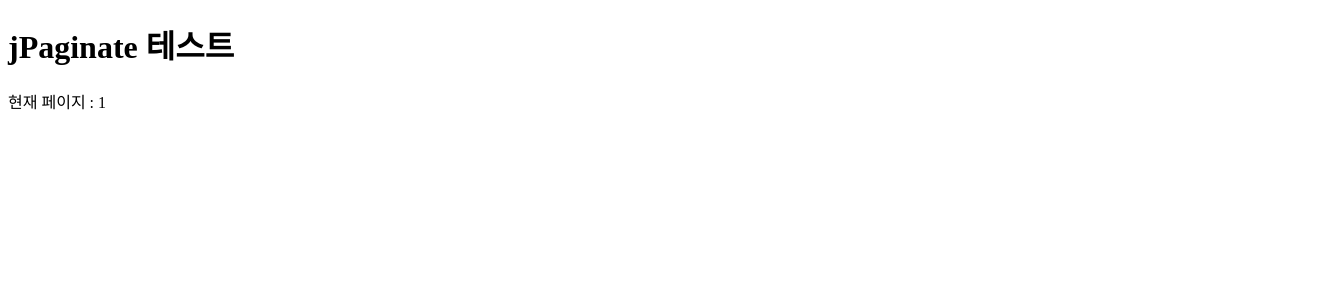
Repository: adminhelper/Ajax
Page: Contact05_ajax/WebContent/_23_jpaginate.html
An editor plug-in stored every save of this project. The page is shown before and after the next save, followed by the edit.
The browser window is 1280 px wide. The page is 1280 px wide, then 1334 px, so the pictures cover 1334 px, including what lies to the right of the window. The pictures show the whole page.
Some web libraries are served in a nearby version.

Above is the page before, as saved 2020-05-18 02:51:21.

After the next save:
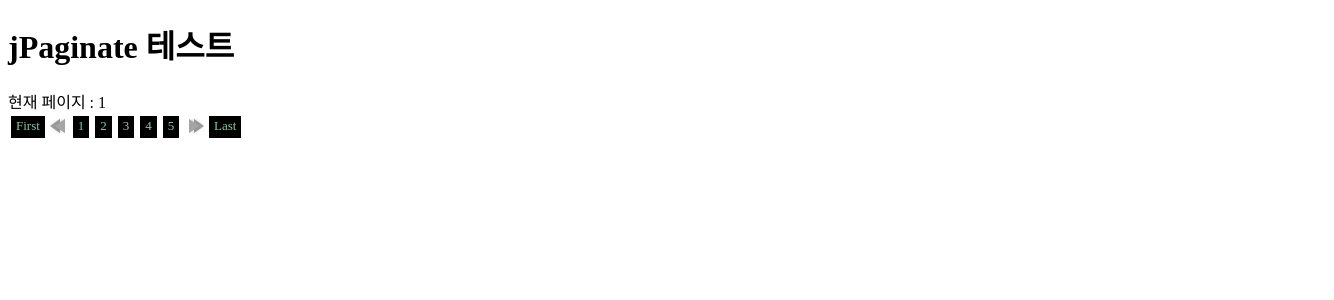
Console error: TypeError: Cannot read properties of null (reading 'offsetLeft')
Saved 88 s later.
--- a/Contact05_ajax/WebContent/_23_jpaginate.html
+++ b/Contact05_ajax/WebContent/_23_jpaginate.html
@@ -7,6 +7,13 @@
 	  href="jpaginate/style.css"/>
 <script src="http://code.jquery.com/jquery-3.1.0.js"></script>
 <script src="jpaginate/jQuery.paginate.js"></script>
+<script>
+	$(document).ready(function(){
+		$("#paging").paginate({
+
+		});
+	});
+</script>
 </head>
 <body>
 	<div id="container">

After the save that followed:
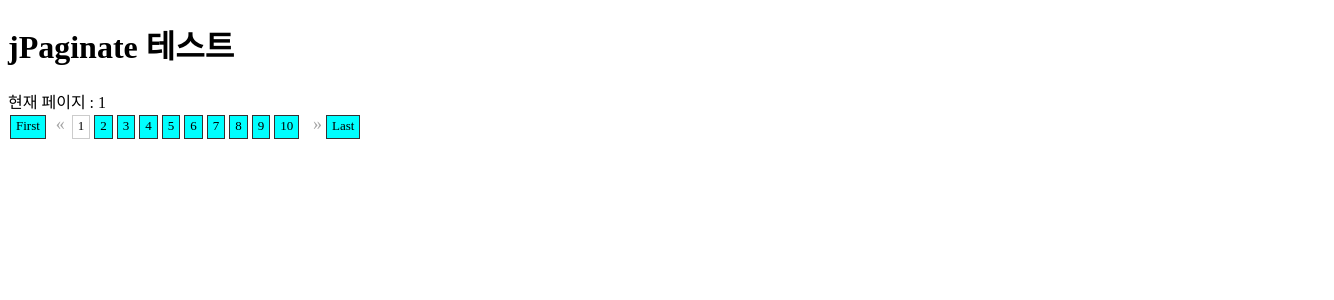
The error is gone.
Saved 81 s later.
--- a/Contact05_ajax/WebContent/_23_jpaginate.html
+++ b/Contact05_ajax/WebContent/_23_jpaginate.html
@@ -10,7 +10,21 @@
 <script>
 	$(document).ready(function(){
 		$("#paging").paginate({
-
+			count : 100,
+			start : 1,
+			display : 10,
+			border : true,
+			border_color : '#333333',
+			text_color : '#000000',
+			background_color : 'aqua',
+			border_hover_color : '#ccc',
+			text_hover_color : '#000',
+			background_hover_color : '#fff',
+			images : false,
+			mouse : 'press',
+			onChange : function(page){
+				$("#currentPage").html(page);
+			}
 		});
 	});
 </script>
